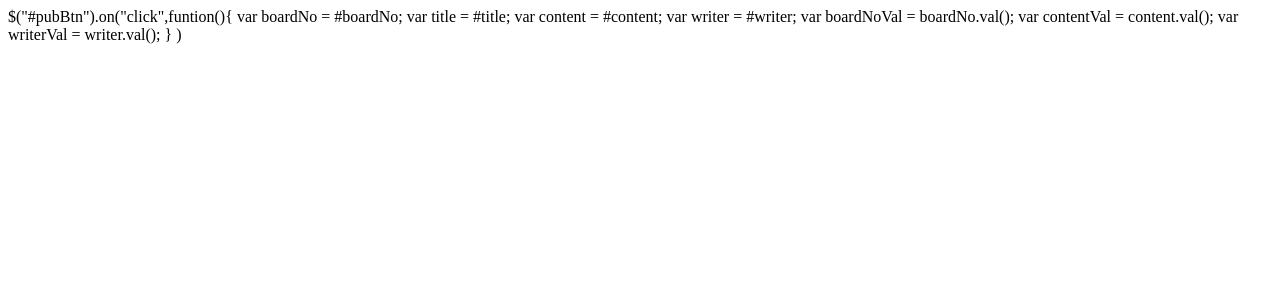
Repository: ljwoon94/Springboot_practice
Page: http://localhost/DevProject/WEB-INF/views/ajaxHome.jsp
An editor plug-in stored every save of this project. The page is shown before and after the next save, followed by the edit.
The browser window is 1280 px wide. The pictures show the whole page.
The page is served by Tomcat 9. Nobody is signed in. Other server files are loaded and not shown. The template is opened directly, without the code that normally fills it, so the values that code supplies are empty.

Above is the page before, as saved 2020-12-09 07:57:06.

### DevProject/src/main/webapp/WEB-INF/views/ajaxHome.jsp
$("#pubBtn").on("click",funtion(){
	var boardNo = ${"#boardNo"};
	var title = ${"#title"};
	var content = ${"#content"};
	var writer = ${"#writer"};

	var boardNoVal = boardNo.val();
	var contentVal = content.val();
	var writerVal = writer.val();


}

)

After the next save:
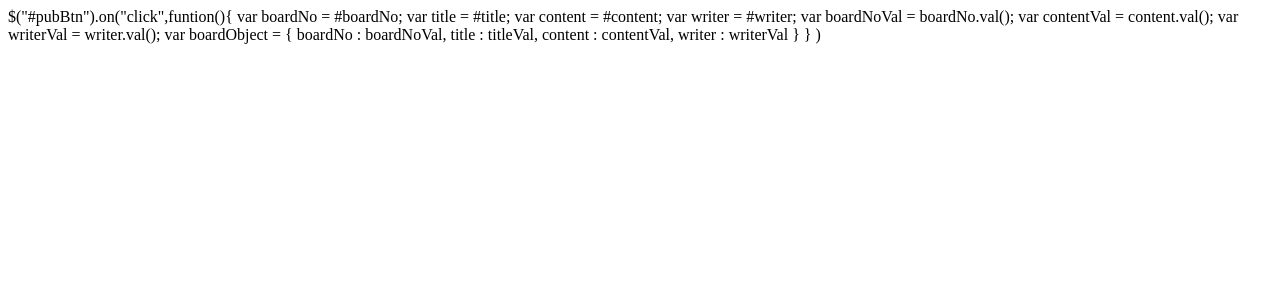
Saved 2 min 34 s later.
--- a/DevProject/src/main/webapp/WEB-INF/views/ajaxHome.jsp
+++ b/DevProject/src/main/webapp/WEB-INF/views/ajaxHome.jsp
@@ -8,7 +8,12 @@ $("#pubBtn").on("click",funtion(){
 	var contentVal = content.val();
 	var writerVal = writer.val();
 
-
+	var boardObject = {
+		boardNo : boardNoVal,
+		title : titleVal,
+		content : contentVal,
+		writer : writerVal
+	}
 }
 
 )
